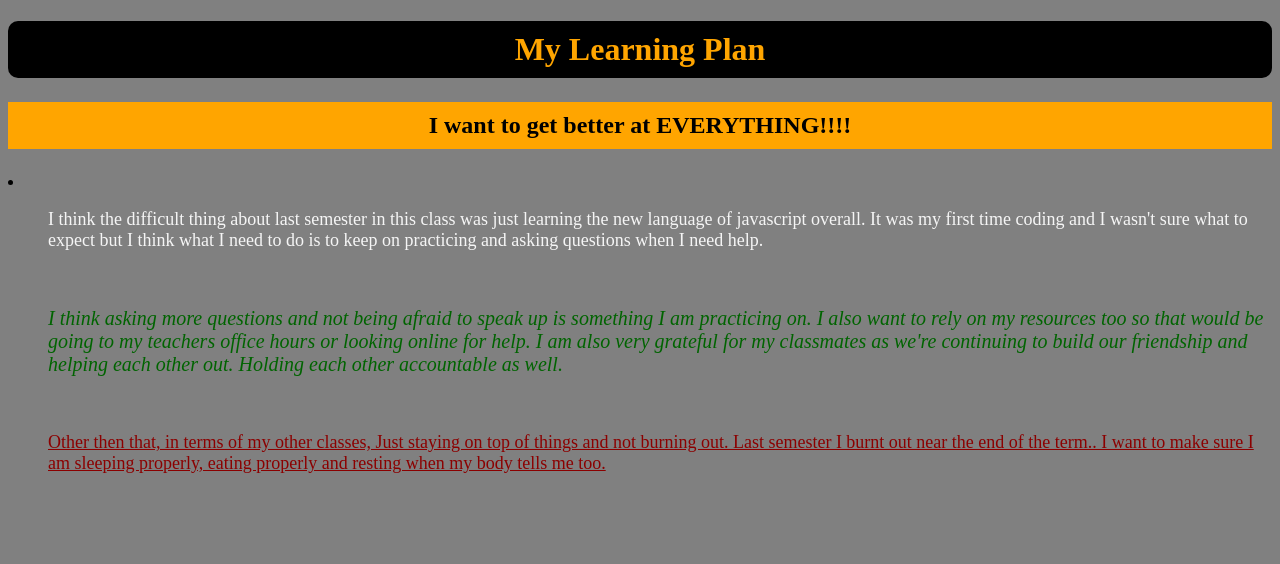
Repository: boofoo-png/mdia-2109
Page: Lab 3/learning-plan.html
An editor plug-in stored every save of this project. The page is shown before and after the next save, followed by the edit.
The browser window is 1280 px wide. The pictures show the whole page.

Above is the page before, as saved 2026-02-02 11:21:29.

### Lab 3/learning-plan.html
<!doctype html>
<html lang="en">
    <head>
        <meta charset="UTF-8" />
        <meta name="viewport" content="width=device-width, initial-scale=1.0" />
        <title>Learning Plan</title>
        <link rel="stylesheet" href="styles.css" />
    </head>
    <body>
        <h1>My Learning Plan</h1>
        <p class="title">I want to get better at EVERYTHING!!!!</p>
        <li>
            <ol>
                <div class="introdiv">
                    <p class="intro">
                        I think the difficult thing about last semester in this
                        class was just learning the new language of javascript
                        overall. It was my first time coding and I wasn't sure
                        what to expect but I think what I need to do is to keep
                        on practicing and asking questions when I need help.
                    </p>
                </div>
            </ol>
            <br />
            <ol>
                <p class="maingoal">
                    I think asking more questions and not being afraid to speak
                    up is something I am practicing on. I also want to rely on
                    my resources too so that would be going to my teachers
                    office hours or looking online for help. I am also very
                    grateful for my classmates as we're continuing to build our
                    friendship and helping each other out. Holding each other
                    accountable as well.
                </p>
            </ol>
            <br />
            <ol>
                <p class="ending">
                    Other then that, in terms of my other classes, Just staying
                    on top of things and not burning out. Last semester I burnt
                    out near the end of the term.. I want to make sure I am
                    sleeping properly, eating properly and resting when my body
                    tells me too.
                </p>
            </ol>
        </li>
    </body>
</html>

### Lab 3/styles.css
h1 {
    color: orange;
    text-align: center;
    justify-content: center;
    border-radius: 10px;
    background-color: black;
    padding: 10px;
    font-family: "Times New Roman", Times, serif;
}

p.title {
    font-size: 24px;
    font-weight: bold;
    color: black;
    justify-content: center;
    text-align: center;
    padding: 10px;
    background-color: orange;
    font-family: "Times New Roman", Times, serif;
}

p.intro {
    font-size: 18px;
    color: whitesmoke;
}

p.maingoal {
    font-size: 20px;
    font-style: italic;
    color: darkgreen;
}

p.ending {
    font-size: 18px;
    text-decoration: underline;
    color: darkred;
}

body {
    background-color: grey;
}

introdiv {
    background-color: black;
    padding: 10px;
    border-radius: 10px;
}

After the next save:
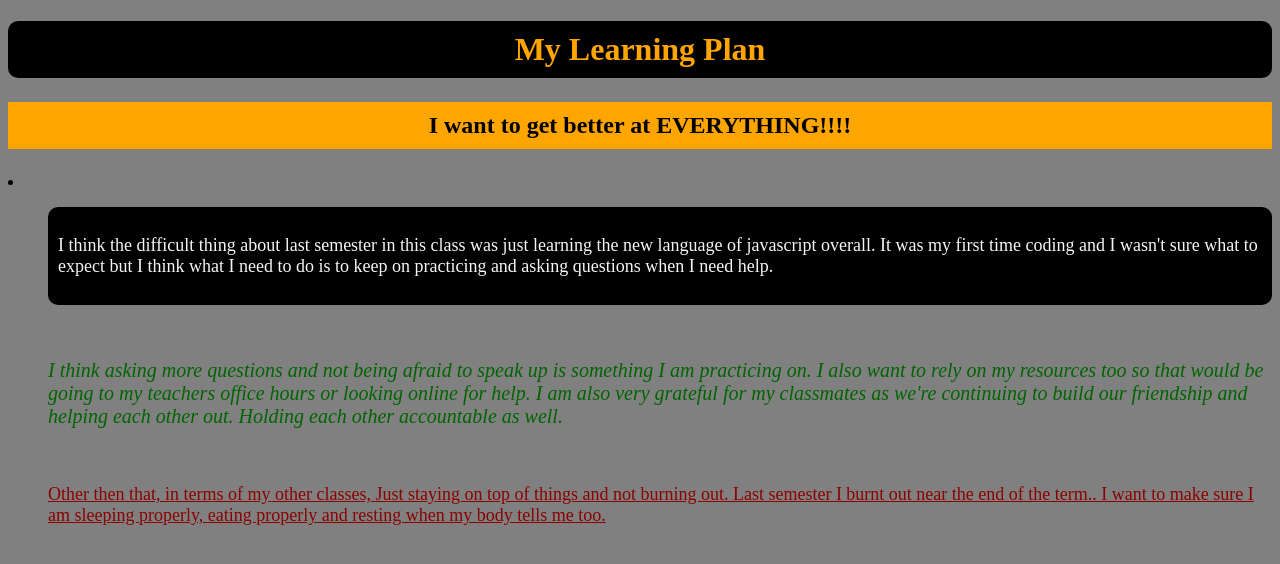
Saved 10 s later.
--- a/Lab 3/styles.css
+++ b/Lab 3/styles.css
@@ -40,7 +40,7 @@
     background-color: grey;
 }
 
-introdiv {
+.introdiv {
     background-color: black;
     padding: 10px;
     border-radius: 10px;
